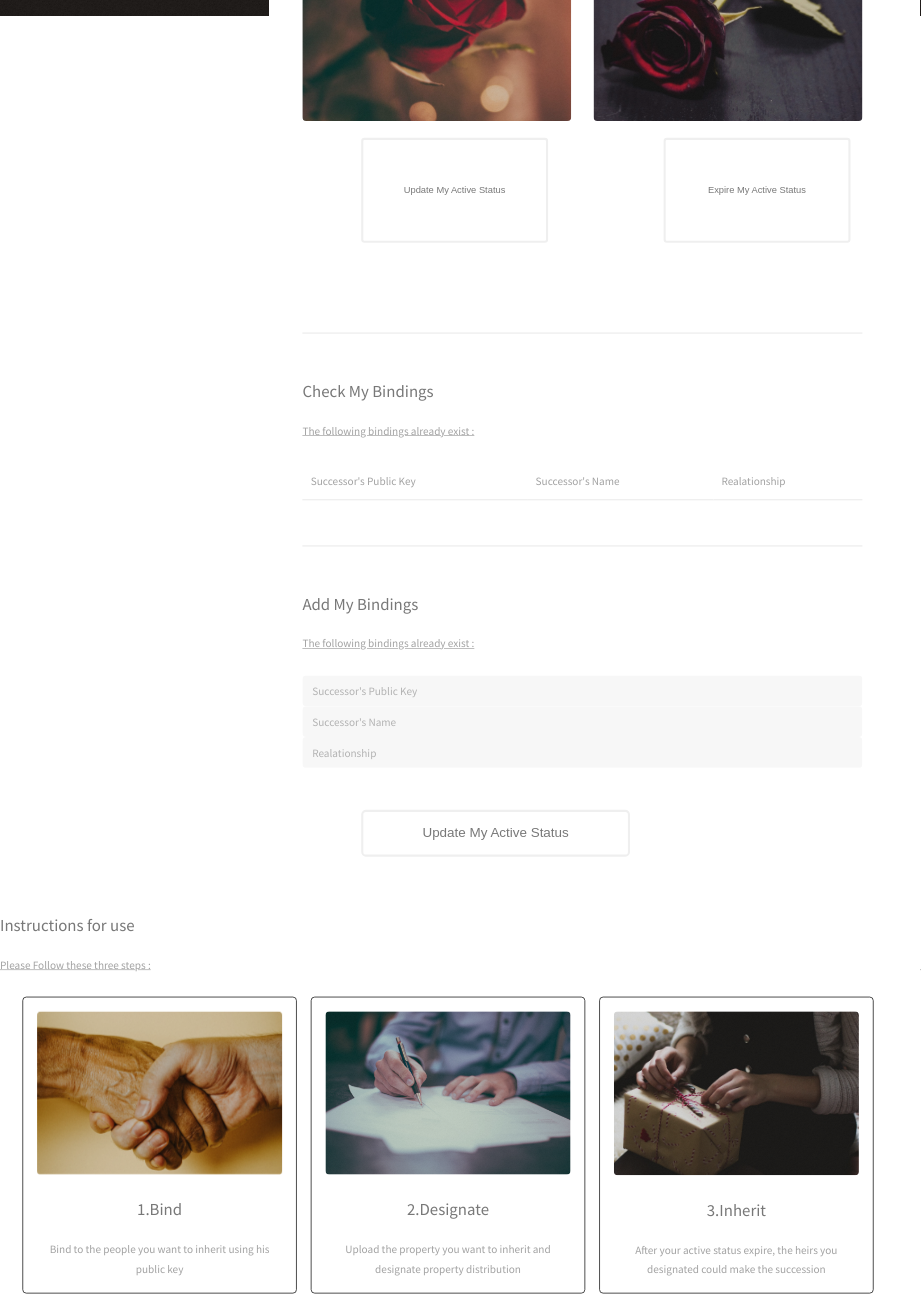
Repository: 1mocat/DID-blockchain-project
Page: Digital_I_D/app/src/myaccount.html
The author's editor kept a copy of each file at every save. The page is drawn from the files as they stood at one save, then again after the next save.
The browser window is 1280 px wide. The page is 1315 px wide, so the pictures cover 1315 px, including what lies to the right of the window. The pictures show the part of the page from y = 697 to 2577 px (the page is 2577 px tall before and 2001 px after), at 70% of full size.

Above is the page before, as saved 2023-10-03 12:59:48.

### Digital_I_D/app/src/myaccount.html
<!DOCTYPE HTML>
<html>



<head>
	<title>Strata by HTML5 UP</title>
	<meta charset="utf-8" />
	<meta name="viewport" content="width=device-width, initial-scale=1, user-scalable=no" />
	<link rel="stylesheet" href="assets_account/css/main.css" />
	<style>
		#countdown {
			font-size: 16px;
			color: rgb(240, 55, 123);
		}

		.container {
			display: grid;
			/* 使用 grid 布局 */
			grid-template-columns: repeat(3, 1fr);
			/* 创建三列，均匀分布空间 */
			gap: 20px;
			/* 间隔大小 */
		}

		.box {
			padding: 20px;
			/* 内边距 */
			border: 1px solid #000;
			/* 边框样式 */
			text-align: center;
			/* 文本居中 */
		}

		.solid-line {
			border: none;
			border-top: 1px solid #000;
			/* 使用 dashed 边框样式和颜色 */
			margin: 0px;
			/* 设置上下间距 */
			height: 1px;
			/* 减小实线的高度 */
		}

		.content {
			padding: 20px;
		}

		.custom-button-left {
			margin-left: 100px;
			/* 添加右侧边距，根据需要调整间距大小 */
		}
		.custom-button-left {
			margin-right: 100px;
			/* 添加右侧边距，根据需要调整间距大小 */
		}
	</style>
</head>

<body class="is-preload">

	<!-- Header -->

	<header id="header">
		<div class="inner">
			<a href="#" class="image avatar"><img src="images/yimaoren.jpg" alt="" /></a>
			<h1>I am <strong>Yimaoren</strong>, a cat<br /></h1>
			<h1>This is Digital Inheritance Deliverer</h1>
			<h1><a href="index.html">Back to Intro</a></h1>
			<h1><a href="UserAgreement.html">Check user terms</a></h1>
			<h1><a href="myaccount.html">My Account</a></h1>
			<h1><a href="my_inher.html">My inheritance</a></h1>
			<h1><a href="inher_list.html">Inheritance List</a></h1>
		</div>
	</header>

	<!-- Main -->
	<div id="main">

		<!-- One -->
		<br>
		<section id="one" class="section-container">
			<header class="major">
				<h2>My Account Information</h2>
				<div id="countdown"></div>
				<script>
					// 目标日期：当前日期 + 30*6 天
					const targetDate = new Date();
					targetDate.setDate(targetDate.getDate() + 30 * 6);

					// 更新倒计时的函数
					function updateCountdown() {
						const currentDate = new Date();
						const timeDifference = targetDate - currentDate;

						if (timeDifference <= 0) {
							document.getElementById('countdown').innerHTML = '倒计时结束';
						} else {
							const days = Math.floor(timeDifference / (1000 * 60 * 60 * 24));
							const hours = Math.floor((timeDifference % (1000 * 60 * 60 * 24)) / (1000 * 60 * 60));
							const minutes = Math.floor((timeDifference % (1000 * 60 * 60)) / (1000 * 60));
							const seconds = Math.floor((timeDifference % (1000 * 60)) / 1000);

							const countdownText = `Time Left Before Active Status Expires : ${days} Days ${hours} Hours ${minutes} Minutes ${seconds} Seconds`;
							document.getElementById('countdown').innerHTML = countdownText;
						}
					}
					// 初始调用更新倒计时
					updateCountdown();
					// 每秒更新一次倒计时
					setInterval(updateCountdown, 1000);
				</script>
			</header>

			<p><br><u>If you haven't logged in or updated your active status in a period of time(6 months),your active
					status will expire ,and then inheritance will be permitted, the heirs you designated will be able to
					inherit.</u>
			</p>
			<p><u> Click on the buttons below to update (or expire) your active status. </u> </p>

			<div class="row">
				<article class="col-6 col-12-xsmall work-item">
					<a href="images/bloom.jpg" class="image fit thumb"><img src="images/bloom.jpg" alt="" /></a>
					<ul class="actions">
						<button onclick="" class="button custom-button-left">Update My Active Status</button>

					</ul>

				</article>
				<article class="col-6 col-12-xsmall work-item">
					<a href="images/wilt.jpg" class="image fit thumb"><img src="images/wilt.jpg" alt="" /></a>
					<button onclick="" class="button custom-button-left">Expire My Active Status</button>

				</article>
			</div>

		</section>
		<section id="two">

			<h2>Check My Bindings</h2>
			<p><u>The following bindings already exist :</u></p>
			<div class="table-margin">
				<table class="table table-bordered table-header">
					<thead>
						<tr>
							<td class="w15">Successor's Public Key</td>
							<td class="w15">Successor's Name</td>
							<td class="w15">Realationship</td>

						</tr>
					</thead>
					<tbody id="details"></tbody>
				</table>

			</div>

		</section>
		<section id="two">

			<h2>Add My Bindings</h2>
			<p><u>The following bindings already exist :</u></p>
				<form method="post" action="#">
					<div class="fields">
						<div class="field half"><input type="text" name="Successor's Public Key" placeholder="Successor's Public Key" /></div>
						<div class="field half"><input type="text" name="Successor's Name" placeholder="Successor's Name" /></div>
						<div class="field half"><input type="text" name="Realationship" placeholder="Realationship" /></div>
					</div>
					<br>

				</form>
				<ul class="actions">
					<button onclick="" class="button custom-button-left" style="font-size: 1.2em; height: 3.5em;">Update My Active Status</button>

				</ul>

			</div>

		</section>
		<!-- Three -->
		<section id="three">
			<h2>Instructions for use</h2>
			<p><u>Please Follow these three steps :</u></p>
			<div class="container">
				<div class="box">
					<a class="image fit"><img src="images/bind.jpg" title="Bind" alt="" /></a>
					<h2>1.Bind</h2>
					<p>Bind to the people you want to inherit using his public key</p>
				</div>
				<div class="box">
					<a class="image fit"><img src="images/assign.jpg" title="Designate" alt="" /></a>
					<h2>2.Designate</h2>
					<p>Upload the property you want to inherit and designate property distribution</p>
				</div>
				<div class="box">
					<a class="image fit"><img src="images/open.png" title="Inherit" alt="" /></a>
					<h2>3.Inherit</h2>
					<p>After your active status expire, the heirs you designated could make the succession</p>
				</div>
			</div>
		</section>



	</div>



	<!-- Scripts -->
	<script src="assets_account/js/jquery.min.js"></script>
	<script src="assets_account/js/jquery.poptrox.min.js"></script>
	<script src="assets_account/js/browser.min.js"></script>
	<script src="assets_account/js/breakpoints.min.js"></script>
	<script src="assets_account/js/util.js"></script>
	<script src="assets_account/js/main.js"></script>




</body>

</html>

Loaded but not shown: Digital_I_D/app/src/assets_account/css/fontawesome-all.min.css (library); Digital_I_D/app/src/assets_account/js/jquery.min.js (library); Digital_I_D/app/src/assets_account/js/jquery.poptrox.min.js (library); Digital_I_D/app/src/assets_account/js/browser.min.js (common file); Digital_I_D/app/src/assets_account/js/breakpoints.min.js (common file); Digital_I_D/app/src/assets_account/js/util.js (587 lines, source omitted); Digital_I_D/app/src/assets_account/js/main.js (117 lines, source omitted); Digital_I_D/app/src/assets_account/css/main.css (3221 lines, source omitted)

After the next save:
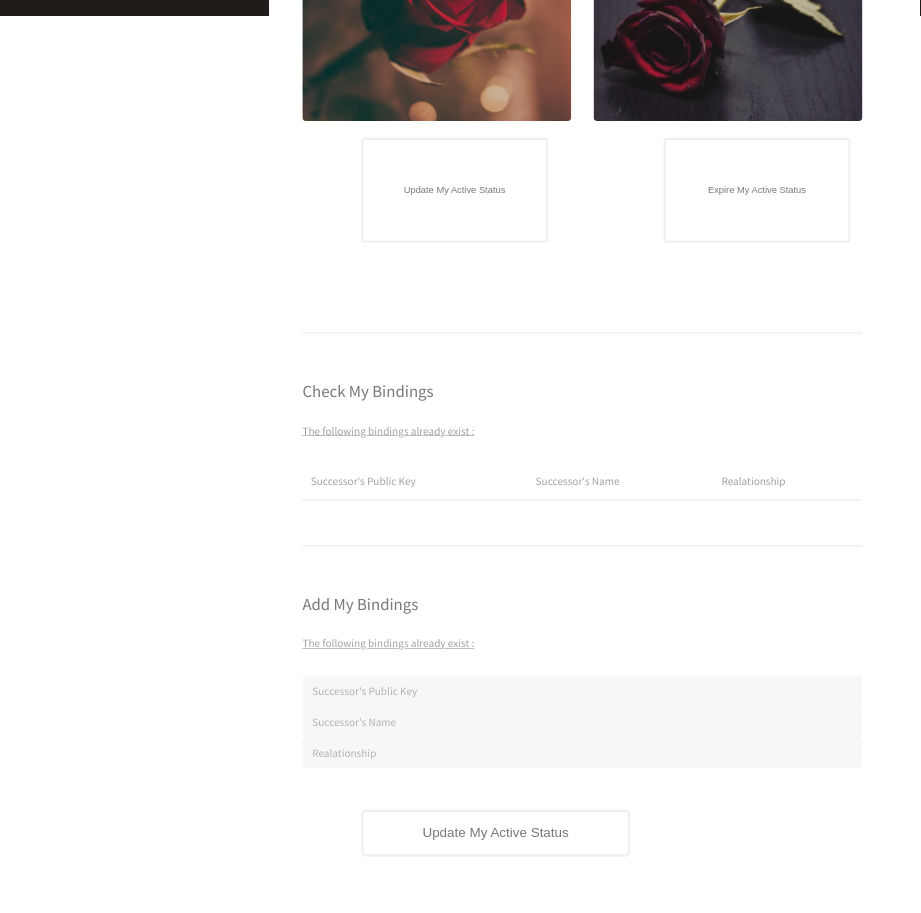
Saved 63 s later.
--- a/Digital_I_D/app/src/myaccount.html
+++ b/Digital_I_D/app/src/myaccount.html
@@ -177,27 +177,7 @@
 
 		</section>
 		<!-- Three -->
-		<section id="three">
-			<h2>Instructions for use</h2>
-			<p><u>Please Follow these three steps :</u></p>
-			<div class="container">
-				<div class="box">
-					<a class="image fit"><img src="images/bind.jpg" title="Bind" alt="" /></a>
-					<h2>1.Bind</h2>
-					<p>Bind to the people you want to inherit using his public key</p>
-				</div>
-				<div class="box">
-					<a class="image fit"><img src="images/assign.jpg" title="Designate" alt="" /></a>
-					<h2>2.Designate</h2>
-					<p>Upload the property you want to inherit and designate property distribution</p>
-				</div>
-				<div class="box">
-					<a class="image fit"><img src="images/open.png" title="Inherit" alt="" /></a>
-					<h2>3.Inherit</h2>
-					<p>After your active status expire, the heirs you designated could make the succession</p>
-				</div>
-			</div>
-		</section>
+
 
 
 

After the save that followed:
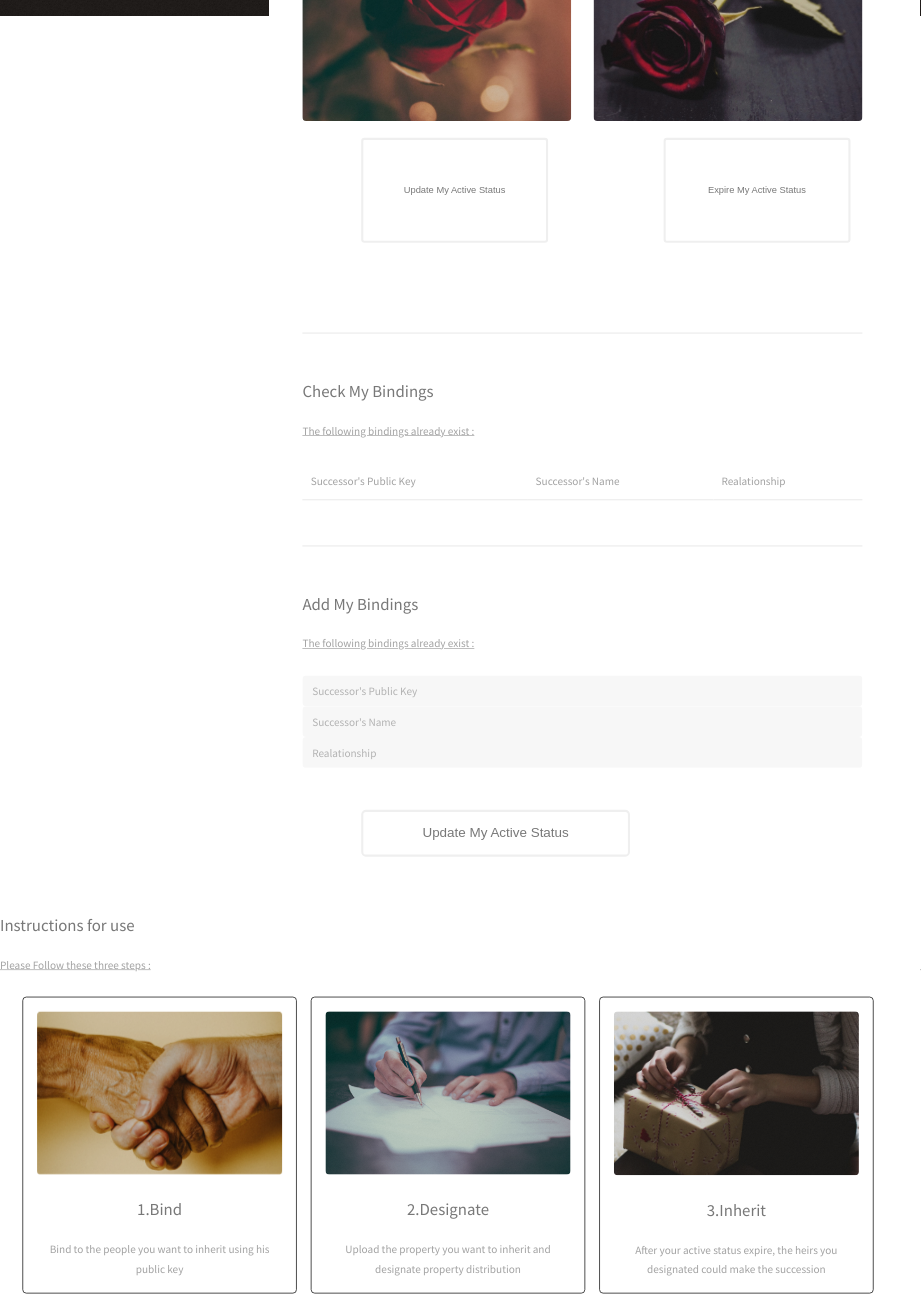
Saved 4 s later.
--- a/Digital_I_D/app/src/myaccount.html
+++ b/Digital_I_D/app/src/myaccount.html
@@ -177,7 +177,27 @@
 
 		</section>
 		<!-- Three -->
-
+		<section id="three">
+			<h2>Instructions for use</h2>
+			<p><u>Please Follow these three steps :</u></p>
+			<div class="container">
+				<div class="box">
+					<a class="image fit"><img src="images/bind.jpg" title="Bind" alt="" /></a>
+					<h2>1.Bind</h2>
+					<p>Bind to the people you want to inherit using his public key</p>
+				</div>
+				<div class="box">
+					<a class="image fit"><img src="images/assign.jpg" title="Designate" alt="" /></a>
+					<h2>2.Designate</h2>
+					<p>Upload the property you want to inherit and designate property distribution</p>
+				</div>
+				<div class="box">
+					<a class="image fit"><img src="images/open.png" title="Inherit" alt="" /></a>
+					<h2>3.Inherit</h2>
+					<p>After your active status expire, the heirs you designated could make the succession</p>
+				</div>
+			</div>
+		</section>
 
 
 
